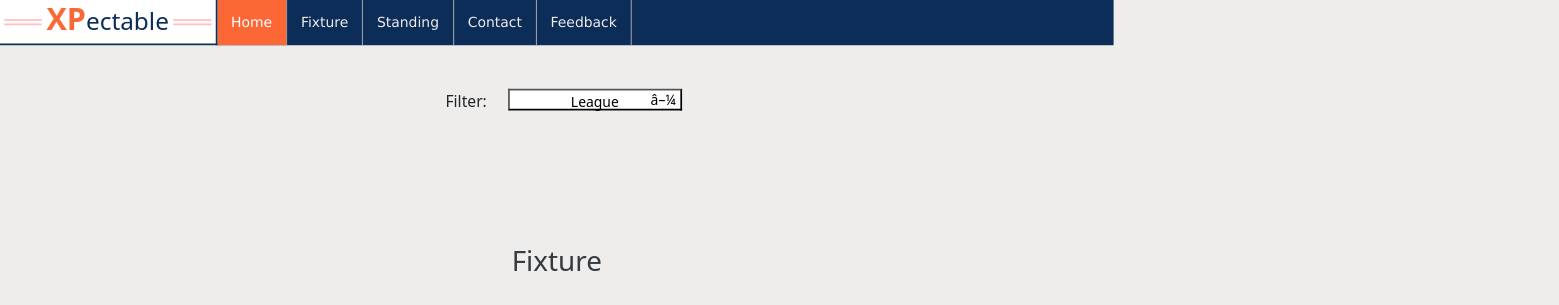
Repository: allanmanno/Xpectable
Page: http://localhost/xpec/fixture.jsp?league_id=-1
These files come from the project's save history. The page is drawn as it stood at one moment and after the next save; the edit follows.
The browser window is 1280 px wide. The page is 1792 px wide, so the pictures cover 1792 px, including what lies to the right of the window. The pictures show the whole page, at 87% of full size.
After loading, the first visible `#drop-btn` was clicked once.
The page is served by Tomcat 9. Queries for data that is not in the repository find no rows.

Above is the page before, as saved 2024-05-16 20:58:05.
Console error: ReferenceError: dropdownFunction is not defined

### xpec/src/main/webapp/fixture.jsp
<%@ page import="java.sql.*, java.text.SimpleDateFormat" %>
<!DOCTYPE html>
<html lang="en">
<head>
    <meta charset="utf-8">
    <meta name="viewport" content="width=device-width, initial-scale=1">
    <title>XPectable Fixture</title>
    <link href="https://cdn.jsdelivr.net/npm/bootstrap@5.3.2/dist/css/bootstrap.min.css" rel="stylesheet" integrity="sha384-T3c6CoIi6uLrA9TneNEoa7RxnatzjcDSCmG1MXxSR1GAsXEV/Dwwykc2MPK8M2HN" crossorigin="anonymous">
    <link rel="stylesheet" href="resources/css/fixture.css">
    <style>

.date {

    padding-top: 10px;
    padding-left: 27.5%;
    font-size: 1.1em;
    color: #555;
}

table {
    width: 50%;
    left: 25%;
    position: relative;
    margin-bottom: 20px;
}

th, td {
    border: 1px solid #ddd;
    padding: 12px;
    text-align: left;
}

th {
    background-color: #FC6736;
    color: white;
    font-weight: bold;
    text-align:center;
}

td {
    background-color: #fff;
}

tr:nth-child(even) td {
    background-color: #f2f2f2;
}

tr:hover td {
    background-color: #e9ecef;
}

h2 {
    text-align: center;
    padding-top: 200px;
    color: #343a40;
}

h4 {
    padding-left: 70%;
    padding-top: 15px;
    color: #343a40;
}

h5 {
    padding-top: 10px;
    font-size: 1.2em;
    color: #343a40;
}


    </style>
</head>
<body>

<nav class="menu_box">
    <div class="logo">
        <hr />
        <a href="index.html"><h3><b style="color:#FC6736;font-size:35px">XP</b>ectable</h3></a>
        <hr />
    </div>
    <ul>
        <li><a class="home" href="index.jsp"><i class="fa fa-home fa-fw"></i> Home</a></li>
        <li><a href="fixture.jsp"><i class="fa fa-calendar fa-fw"></i> Fixture</a></li>
        <li><a href="standing.jsp"><i class="fa-solid fa-ranking-star fa-fw"></i> Standing</a></li>
        <li><a href="contact.html"><i class="fa fa-envelope fa-fw"></i> Contact</a></li>
        <li><a href="#"><i class="fa fa-comment fa-fw"></i> Feedback</a></li>
        <div class="social_media">
            <a href="#"><i class="fa-brands fa-linkedin" style="color:#EFECEC"></i></a>
            <a href="#"><i class="fa-brands fa-github" style="color:#EFECEC"></i></a>
        </div>
    </ul>
</nav>

<div class="filter-dropdown">
    <label for="drop-btn" class="dropdown-label">Filter:</label>
    <button onclick="dropdownFunction()" id="drop-btn" class="dropdown-btn">League</button>
    <ul id="drop-content" class="dropdown-content">
        <li><a href="fixture.jsp?league_id=-1">All</a></li>
        <li><a href="fixture.jsp?league_id=1">Massachusetts</a>
            <ul>
                <li><a href="fixture.jsp?league_id=301">Division 1</a></li>
                <li><a href="fixture.jsp?league_id=302">Division 2</a></li>
            </ul>
        </li>
        <li><a href="fixture.jsp?league_id=2">New Jersey</a>
            <ul>
                <li><a href="fixture.jsp?league_id=201">Division 1</a></li>
                <li><a href="fixture.jsp?league_id=202">Division 2</a></li>
            </ul>
        </li>
        <li><a href="fixture.jsp?league_id=3">New York</a>
            <ul>
                <li><a href="fixture.jsp?league_id=101">Division 1</a></li>
                <li><a href="fixture.jsp?league_id=102">Division 2</a></li>
            </ul>
        </li>
        <li><a href="fixture.jsp?league_id=4">Pennsylvania</a>
            <ul>
                <li><a href="fixture.jsp?league_id=401">Division 1</a></li>
                <li><a href="fixture.jsp?league_id=402">Division 2</a></li>
            </ul>
        </li>
        <li><a href="fixture.jsp?league_id=5">Virginia</a>
            <ul>
                <li><a href="fixture.jsp?league_id=501">Division 1</a></li>
                <li><a href="fixture.jsp?league_id=502">Division 2</a></li>
            </ul>
        </li>
    </ul>
</div>


<h2 style="text-align: center; padding-top: 200px;">Fixture</h2>

<%
    // Initialize variables to keep track of the current round and date
    int currentRound = -1;
    Date currentDate = null;

    // Default SQL query
    String sql = "SELECT * FROM game ORDER BY game_round, game_date";

    // Retrieve league_id parameter from the request
    String leagueIdParam = request.getParameter("league_id");
    int leagueId = -1; // Default value or handle null case
    if (leagueIdParam != null && !leagueIdParam.isEmpty()) {
        leagueId = Integer.parseInt(leagueIdParam);
    }

    // Check if a specific league is selected
    if (leagueId != -1) {
        // Adjust SQL query to filter by league
        sql = "SELECT * FROM game INNER JOIN team ON game.home_team_id = team.team_id WHERE team.league_id = ? ORDER BY game_round, game_date";
    }

    try {
        // Load the MySQL JDBC driver
        Class.forName("com.mysql.cj.jdbc.Driver");

        // Establish the database connection
        Connection conn = DriverManager.getConnection("jdbc:mysql://localhost:3306/xpectable_data", "root", "MyPass123!");

        // Prepare the SQL query
        PreparedStatement statement = conn.prepareStatement(sql);

        // Set league parameter if applicable
        if (leagueId != -1) {
            statement.setInt(1, leagueId);
        }

        // Execute the query
        ResultSet rs = statement.executeQuery();

        // Iterate through the result set
        while (rs.next()) {
            int gameId = rs.getInt("game_id");
            int round = rs.getInt("game_round");
            Date gameDate = rs.getDate("game_date");
            Time gameTime = rs.getTime("game_time");
            int homeTeamId = rs.getInt("home_team_id");
            int awayTeamId = rs.getInt("away_team_id");

            // Retrieve result for the current game
            PreparedStatement resultStatement = conn.prepareStatement("SELECT * FROM result WHERE game_id = ?");
            resultStatement.setInt(1, gameId);
            ResultSet resultRs = resultStatement.executeQuery();

            int homeScore = -1;
            int awayScore = -1;
            if (resultRs.next()) {
                homeScore = resultRs.getInt("home_team_score");
                awayScore = resultRs.getInt("away_team_score");
            }

            resultRs.close();
            resultStatement.close();

            // Handle new round
            if (round != currentRound) {
                if (currentRound != -1) {
                    %></tbody></table><% // Close previous round table
                }
                %>
                <div class="round">
                    <h4 style="padding-left: 70%; padding-top: 15px;">Round <%= round %></h4>
                <%
                currentRound = round;
            }

            // Handle new date
            if (!gameDate.equals(currentDate)) {
                if (currentDate != null) {
                    %></tbody></table><% // Close previous date table
                }
                %>
                <h5 class="date" style="padding-top: 10px;"><%= gameDate %></h5>
                <table>
                    <thead>
                        <tr>
                            <th>Home Team</th>
                            <th><%= (homeScore != -1 && awayScore != -1) ? "Score" : "Time" %></th>
                            <th>Away Team</th>
                        </tr>
                    </thead>
                    <tbody>
                <%
                currentDate = gameDate;
            }

            // Retrieve home team name
            PreparedStatement homeTeamStatement = conn.prepareStatement("SELECT team_name FROM team WHERE team_id = ?");
            homeTeamStatement.setInt(1, homeTeamId);
            ResultSet homeTeamResult = homeTeamStatement.executeQuery();
            String homeTeamName = homeTeamResult.next() ? homeTeamResult.getString("team_name") : "";
            homeTeamStatement.close();
            homeTeamResult.close();

            // Retrieve away team name
            PreparedStatement awayTeamStatement = conn.prepareStatement("SELECT team_name FROM team WHERE team_id = ?");
            awayTeamStatement.setInt(1, awayTeamId);
            ResultSet awayTeamResult = awayTeamStatement.executeQuery();
            String awayTeamName = awayTeamResult.next() ? awayTeamResult.getString("team_name") : "";
            awayTeamStatement.close();
            awayTeamResult.close();

            // Format time in 12-hour format
            SimpleDateFormat sdf = new SimpleDateFormat("hh:mm a");
            String formattedTime = sdf.format(gameTime);
            %>
            <tr>
                <td><%= homeTeamName %></td>
                <td style="text-align:center;"><%= (homeScore != -1 && awayScore != -1) ? homeScore + ":" + awayScore : formattedTime %></td>
                <td style="text-align:right;"><%= awayTeamName %></td>
            </tr>
            <%
        }

        // Close the last date and round table
        if (currentDate != null) {
            %></tbody></table><%
        }
        if (currentRound != -1) {
            %></div><%
        }

        rs.close();
        statement.close();
        conn.close();
    } catch (Exception e) {
        e.printStackTrace();
    }
%>

<script src="resources/js/fixture.js"></script>
</body>
</html>

### xpec/src/main/webapp/resources/css/fixture.css
body {
    background-color:#EFECEC;
    min-height: 100vh;
    margin: 0; /* Remove default margin */
    padding: 0; /* Remove default padding */
    overflow-x: hidden;
}
  /* logo space */
.logo{
    float: left;
    display:flex;
    width: 19.5%;
    background-color: white;
    padding-left: 5px;
    padding-right: 5px;
    border-bottom: 2px solid #0C2D57;
    border-right: 2px solid #0C2D57;
}
  /* ectable */
.logo h3 {
    color: #0C2D57;
    padding-left: 5px;
    padding-right: 5px;
}
  /* whole logo text */
.logo a{
    text-decoration: none;
    text-align:center;
}
  /* logo line */
.logo hr{
    border-top: 7px double red;
    text-align: center;
    width:100%;
    margin-top:22px;
}
   /* social media below menu bar */
.social_media{
    float:right;
    margin-top: 13px;
    margin-left: 5px;
    margin-right: 5px;
}

  /* navy list bar */
.menu_box li {
    float: left;
    border-right:1px solid #bbb;
}
  /* last anchor of the list */
.menu_box li:last-child {
    border-right: none;
}
  /* each anchor of the list */
.menu_box li a {
    color: #EFECEC;
    display: inline-block;
    text-align: center;
    padding: 14px 16px;
    text-decoration: none;
    font-family: verdana, sans-serif;
}
  /* what happen when hover on a anchor */
.menu_box li:hover{
    background-color:#5E5365;
}
  /* home anchor */
.menu_box .home{
    background-color: #FC6736;
    color: white;
}
  /* home anchor hover */
.menu_box .home:hover{
    background-color: #5E5365;
}
.menu_box ul{
    list-style-type: none;
    margin: 0;
    padding: 0;
    overflow: hidden;
    background-color: #0C2D57;
}
/*********************************/
/* Filter dropdown */
.filter-dropdown {
    position: relative;
    left: 40%;
    top: 50px;
}

.filter-dropdown .dropdown-btn {
    width: 200px;
    height: 25px;
    cursor: pointer;
    background: #ffffff;
    text-align: center;
    position: relative;
}

.filter-dropdown .dropdown-btn:hover {
    border: 1px solid rgba(0, 0, 0, 1);
}

.filter-dropdown .dropdown-btn::after {
    content: "▼";
    position: absolute;
    top: 50%;
    right: 5px;
    transform: translateY(-50%);
}

.filter-dropdown .dropdown-btn:hover::after {
    color: grey;
}

.filter-dropdown .dropdown-label {
    padding-right: 20px;
    font-size: 18px;
}

.filter-dropdown .dropdown-content {
    display: none;
    position: absolute;
    width: 200px;
    overflow: inherit;
    background-color: #ffffff;
    text-align: left;
    list-style: none;
    left: 67px;
}

.filter-dropdown .dropdown-content.show {
    display: block;
}

.filter-dropdown .dropdown-content a {
    text-decoration: none;
    display: block;
    color: #000;
}

.filter-dropdown .dropdown-content a:hover {
    background-color: gray;
    box-shadow: -10px 0 0 gray;
    color: #ffffff;
    width: 189px;
    transition: all 0.3s ease;
}

.filter-dropdown ul {
    list-style: none;
    padding: 0;
    margin: 0;
    border: 1px solid black;
}

.filter-dropdown ul li {
    padding-left: 10px;
    border-bottom: 0.1px solid rgb(160, 160, 160);
    width: 200px;
    position: relative;
}

.filter-dropdown ul li::after {
    content: "\27A4";
    position: absolute;
    top: 50%;
    right: 5px;
    transform: translateY(-50%);
}

.filter-dropdown ul li:hover::after {
    color: grey;
}

/* Hide Dropdowns by Default */
.filter-dropdown ul ul {
    display: none;
    position: absolute;
    background-color: #ffffff;
    top: 5px;
    left: 200px;
    width: 90px;
}

.filter-dropdown ul ul a:hover {
    background-color: gray;
    box-shadow: -10px 0 0 gray;
    color: #ffffff;
    width: 80px;
    transition: all 0.3s ease;
}

/* Display Dropdowns on Hover */
.filter-dropdown ul li:hover > ul {
    display: block;
    transition: all 0.3s ease;
}

.filter-dropdown ul ul li {
    position: relative;
    width: 89px;
}

.filter-dropdown ul ul li::after {
    content: none;
}


/******************************/
footer {
    text-align: center;
    padding: 3px;
    background-color: #FC6736;
    color: white;
    margin-top: 20px;
    position: absolute;
    bottom: 0;
    width: 100%;
}
 /* social media below menu bar */
footer social_media{
    color:black;
}

### xpec/src/main/webapp/resources/js/fixture.js
// JavaScript for filtering fixtures
function filterFixtures(leagueId) {
    // Update the URL with the league ID
    var url = new URL(window.location.href);
    url.searchParams.set('league_id', leagueId);
    window.location.href = url.toString();
}

// Event listener for filter dropdown links
document.querySelectorAll('.dropdown-content a').forEach(item => {
    item.addEventListener('click', event => {
        event.preventDefault(); // Prevent default link behavior
        var leagueId = item.getAttribute('href').split("=")[1]; // Extract league ID from href
        filterFixtures(leagueId); // Filter fixtures based on selected league ID
    });
});

After the next save:
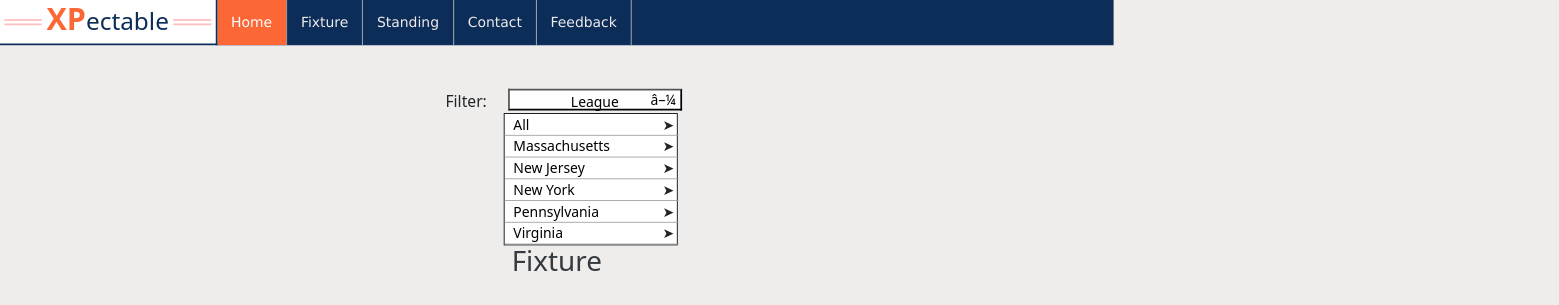
The error is gone.
Saved 33 s later.
--- a/xpec/src/main/webapp/resources/js/fixture.js
+++ b/xpec/src/main/webapp/resources/js/fixture.js
@@ -1,9 +1,32 @@
-// JavaScript for filtering fixtures
-function filterFixtures(leagueId) {
-    // Update the URL with the league ID
-    var url = new URL(window.location.href);
-    url.searchParams.set('league_id', leagueId);
-    window.location.href = url.toString();
+function dropdownFunction(){
+    document.getElementById("drop-content").classList.toggle("show");
+}
+
+window.onclick = function(event) {
+    if (!event.target.matches('.dropdown-btn')) {
+      var dropdowns = document.getElementsByClassName("dropdown-content");
+      var i;
+      for (i = 0; i < dropdowns.length; i++) {
+        var openDropdown = dropdowns[i];
+        if (openDropdown.classList.contains('show')) {
+          openDropdown.classList.remove('show');
+        }
+      }
+    }
+  }
+
+  // JavaScript for filtering standings
+function filterStandings(leagueId) {
+    // Make an AJAX request to fetch standings for the selected league
+    var xhttp = new XMLHttpRequest();
+    xhttp.onreadystatechange = function() {
+        if (this.readyState == 4 && this.status == 200) {
+            // Update the standings table with the fetched data
+            document.getElementById("standingsTable").innerHTML = this.responseText;
+        }
+    };
+    xhttp.open("GET", "fetchStandings.jsp?league_id=" + leagueId, true);
+    xhttp.send();
 }
 
 // Event listener for filter dropdown links
@@ -11,6 +34,6 @@ document.querySelectorAll('.dropdown-content a').forEach(item => {
     item.addEventListener('click', event => {
         event.preventDefault(); // Prevent default link behavior
         var leagueId = item.getAttribute('href').split("=")[1]; // Extract league ID from href
-        filterFixtures(leagueId); // Filter fixtures based on selected league ID
+        filterStandings(leagueId); // Filter standings based on selected league ID
     });
 });
